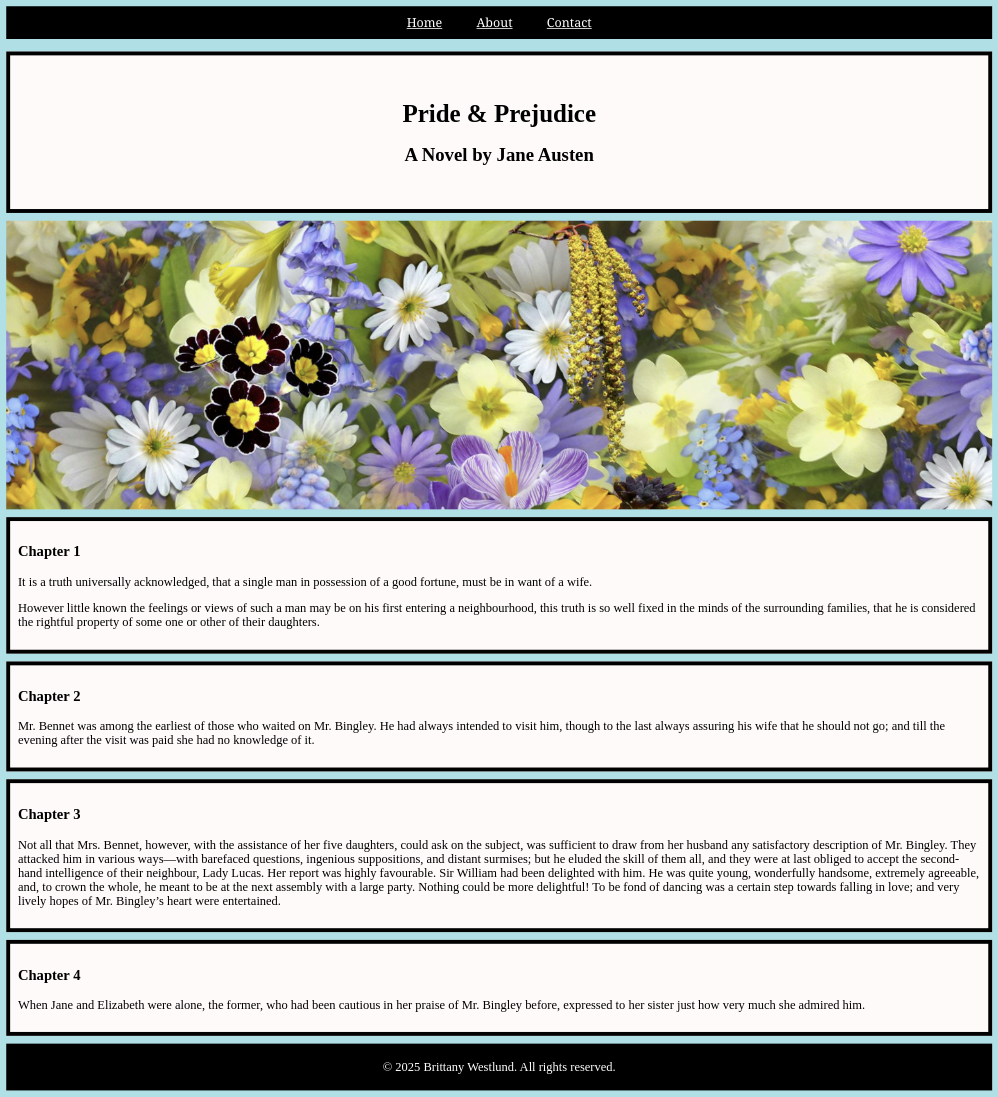
Repository: Brittany-Westlund/WebDesign
Page: Assignment2/index.html
These files come from the project's save history. The page is drawn as it stood at one moment and after the next save; the edit follows.
The browser window is 1280 px wide. The pictures show the whole page, at 78% of full size.

Above is the page before, as saved 2025-05-27 02:03:30.

### Assignment2/index.html
<head>
  <link rel="stylesheet" href="style/style.css">
</head>

<body>

<nav>
  <ul>
    <li><a href="index.html">Home</a></li>
    <li><a href="about.html">About</a></li>
    <li><a href="contact.html">Contact</a></li>
  </ul>
</nav>

<header>
  <h1>Pride & Prejudice</h1>
  <h2>A Novel by Jane Austen</h2>
</header>

<img src="images/wildflowers.png" alt="A closeup of wildflowers.">

<div>
  <h3>Chapter 1</h3>
    <p>It is a truth universally acknowledged, that a single man in possession of a good fortune, must be in want of a wife.</p>
    <p>However little known the feelings or views of such a man may be on his first entering a neighbourhood, this truth is so well fixed in the minds of the surrounding families, that he is considered the rightful property of some one or other of their daughters.</p>
</div>

<div>
  <h3>Chapter 2</h3>
    <p>Mr. Bennet was among the earliest of those who waited on Mr. Bingley. He had always intended to visit him, though to the last always assuring his wife that he should not go; and till the evening after the visit was paid she had no knowledge of it.</p>
</div>

<div>
  <h3>Chapter 3</h3>
    <p>Not all that Mrs. Bennet, however, with the assistance of her five daughters, could ask on the subject, was sufficient to draw from her husband any satisfactory description of Mr. Bingley. They attacked him in various ways—with barefaced questions, ingenious suppositions, and distant surmises; but he eluded the skill of them all, and they were at last obliged to accept the second-hand intelligence of their neighbour, Lady Lucas. Her report was highly favourable. Sir William had been delighted with him. He was quite young, wonderfully handsome, extremely agreeable, and, to crown the whole, he meant to be at the next assembly with a large party. Nothing could be more delightful! To be fond of dancing was a certain step towards falling in love; and very lively hopes of Mr. Bingley’s heart were entertained.</p>
</div>

<div>
  <h3>Chapter 4</h3>
    <p>When Jane and Elizabeth were alone, the former, who had been cautious in her praise of Mr. Bingley before, expressed to her sister just how very much she admired him.</p>
</div>

<footer>
  <p>&copy; 2025 Brittany Westlund. All rights reserved.</p>
</footer>

</body>

### Assignment2/style/style.css
/* Here is my body styling. It applies to all of the content on the page. */
    body {
        background-color: #B0E0E6;
    }

/* Here is my header styling */
    header {
        border: 5px solid #000000;
        padding: 35px;
        text-align: center;
        background-color: #FFFAFA;
        margin-bottom: 10px;
    }


/* Here is my navigation styling, including list and link styling */
    nav {
        max-width: 100%;
        margin: 0 auto;
        background-color: #000000;
    }

    ul {

        padding: 5px;
        text-align: center;
    }

    li {
        list-style-type: none;
        display: inline-block;
        font-family: Georgia, serif;
        margin: 0 10px;
        padding: 5px 10px;
    }

    a {
        color: #FFFFFF;
    }

/* Here is my div styling */
    div {
    background-color: #FFFAFA;
    padding: 10px;
    border: 5px solid #000000;
    margin-top: 10px;
    }

/* Here is my footer styling */
    footer {
    background-color: #000000;
    color: #FFFFFF;
    padding: 5px;
    text-align: center;
    margin-top: 10px;
    }

/* Here is my image styling */
    img {
        max-width: 100%;
        margin: 0 auto;
    }

After the next save:
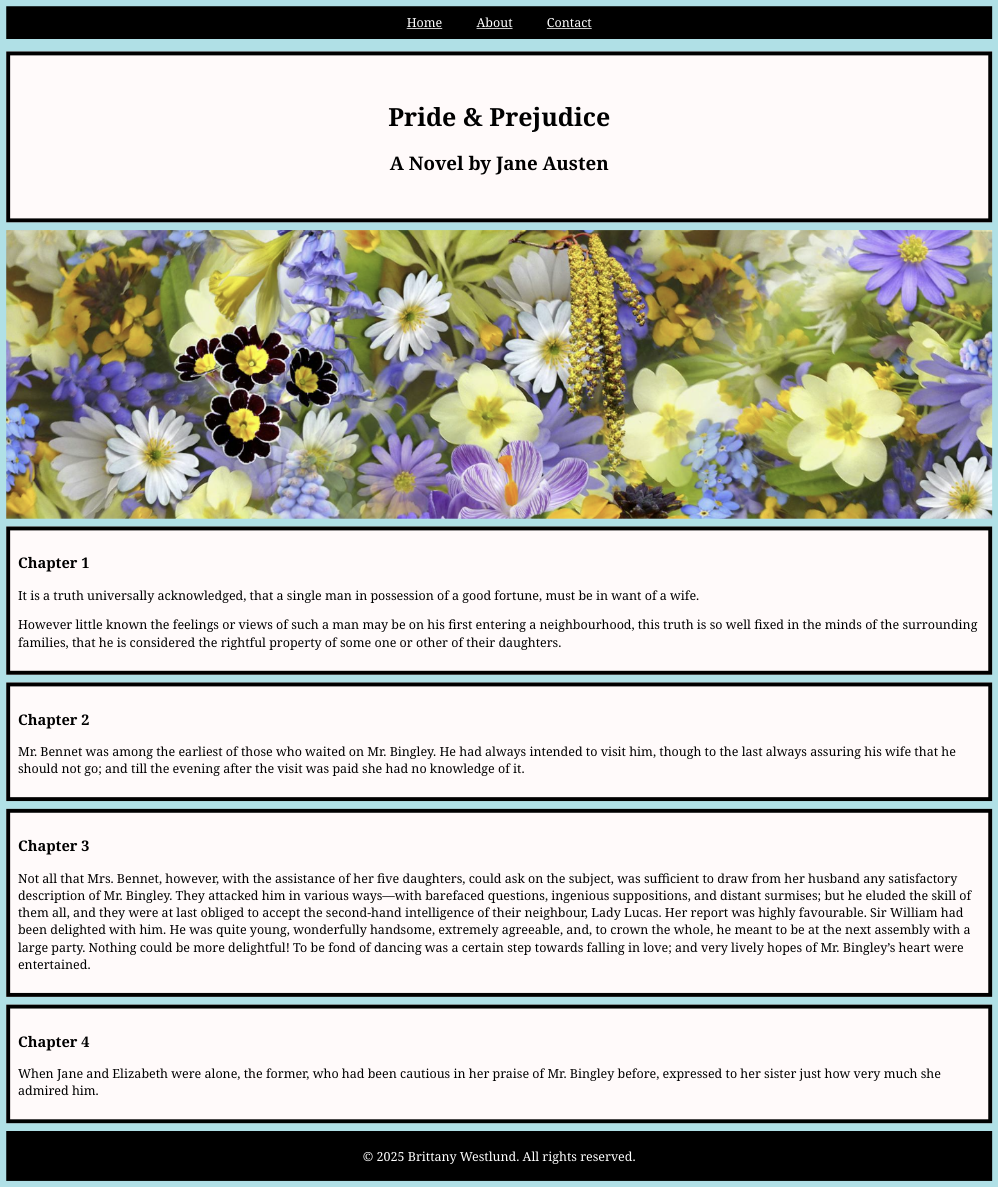
Saved 48 s later.
--- a/Assignment2/style/style.css
+++ b/Assignment2/style/style.css
@@ -10,6 +10,7 @@
         text-align: center;
         background-color: #FFFAFA;
         margin-bottom: 10px;
+        font-family: Georgia, serif;
     }
 
 
@@ -44,6 +45,7 @@
     padding: 10px;
     border: 5px solid #000000;
     margin-top: 10px;
+    font-family: Georgia, serif;
     }
 
 /* Here is my footer styling */
@@ -53,6 +55,7 @@
     padding: 5px;
     text-align: center;
     margin-top: 10px;
+    font-family: Georgia, serif;
     }
 
 /* Here is my image styling */
